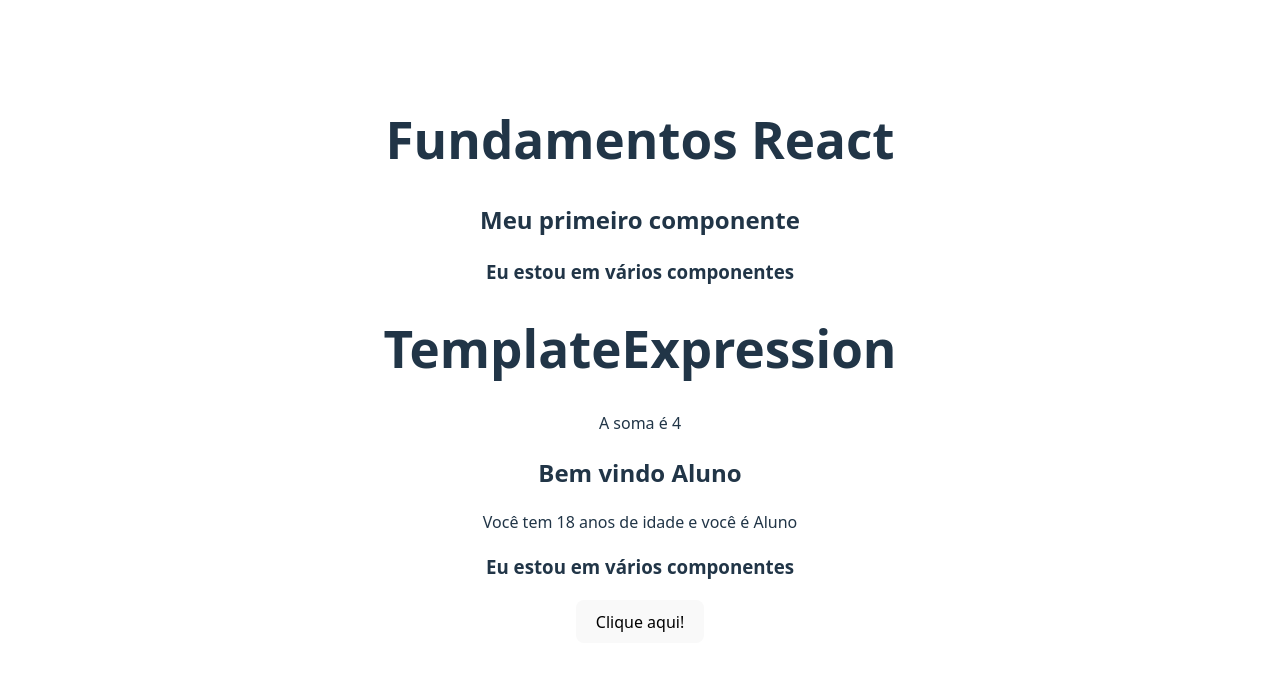
Repository: bellincanta/ReactNative
Page: / (app in Projetos/aulaReact/)
The author's editor kept a copy of each file at every save. The page is drawn from the files as they stood at one save, then again after the next save.
The browser window is 1280 px wide. The pictures show the whole page.
The project was rebuilt for these pictures with package versions that can differ from the ones it lists, and the page was loaded fresh each time. Also part of the build but not shown: Projetos/aulaReact/vite.config.ts.

Above is the page before, as saved 2025-06-05 18:07:42.

### Projetos/aulaReact/src/App.tsx
//importação de componentes
import PrimeiroComponente from './components/PrimeiroComponente'
import TemplateExpression from './components/TemplateExpression'
import MeuComponente from './components/MeuComponente'
import Evento from './components/Evento'
import './App.css'

function App() {
  //comentário
  return (
    <>
      <div>
        {/*comentário JSX */}
       <h1>Fundamentos React</h1>
       <PrimeiroComponente/>
       <TemplateExpression/>
       <MeuComponente/>
       <Evento/>

      </div>
    </>
  )
}

export default App

### Projetos/aulaReact/src/components/PrimeiroComponente.tsx
import MeuComponente from "./MeuComponente"

//Criando componente
const PrimeiroComponente = () => {
    return (
        <div>
            <h2>Meu primeiro componente</h2>
            <MeuComponente/>
        </div>
    )
}

export default PrimeiroComponente

### Projetos/aulaReact/src/components/TemplateExpression.tsx
//Template expression

const TemplateExpression = () => {
  const name = "Aluno"

  const data = {
    idade: 18,
    funcao: "Aluno"
  }

  return (
    <div>
        <h1>TemplateExpression</h1>
        <p>A soma é { 2 + 2} </p>
        <h2>Bem vindo {name} </h2>
        <p>
          Você tem {data.idade} anos de idade e você é {data.funcao}
        </p>
    </div>
  )
}

export default TemplateExpression

### Projetos/aulaReact/src/components/MeuComponente.tsx


const MeuComponente = () => {
  return (
    <div>
        <h3>Eu estou em vários componentes</h3>
    </div>
  )
}

export default MeuComponente

### Projetos/aulaReact/src/components/Evento.tsx


const Evento = () => {
  return (
    <div>
        <button onClick={()=> console.log("Testando um evento")}>
            Clique aqui!
        </button>
    </div>
  )
}

export default Evento

Loaded but not shown: Projetos/aulaReact/index.html (common file); Projetos/aulaReact/src/main.tsx (common file); Projetos/aulaReact/src/index.css (common file); Projetos/aulaReact/src/App.css (common file)

After the next save:
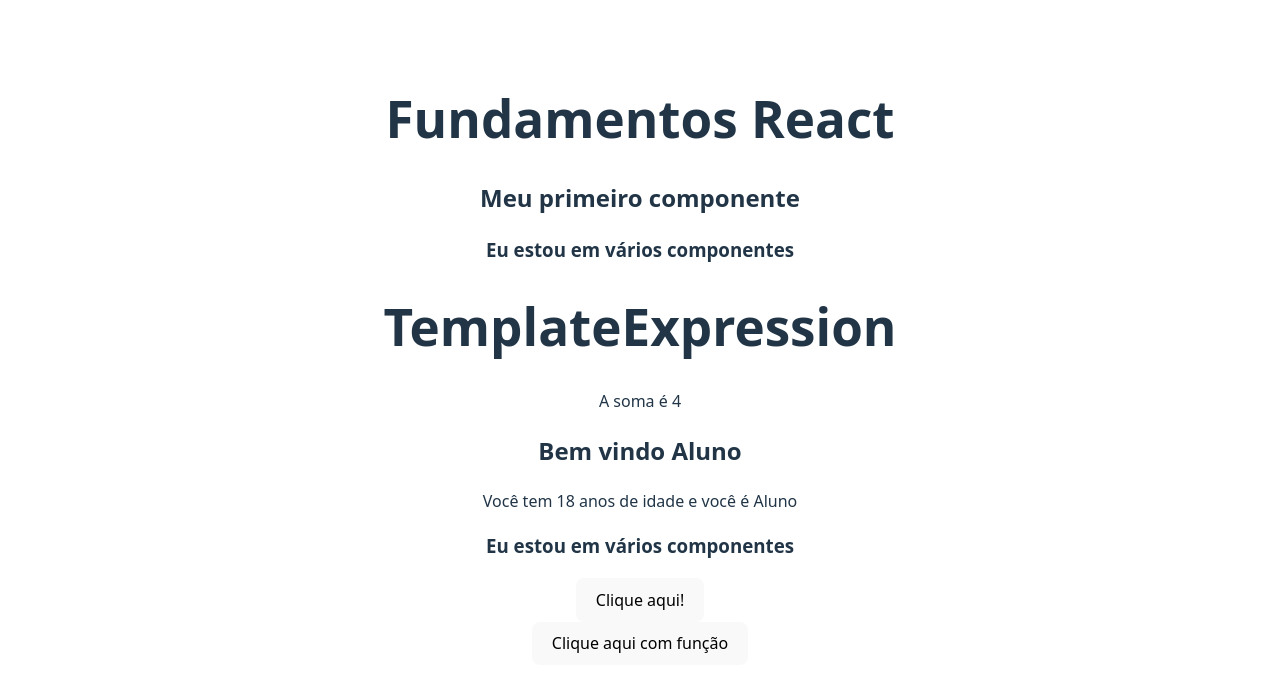
Saved 6 days later.
--- a/Projetos/aulaReact/src/components/Evento.tsx
+++ b/Projetos/aulaReact/src/components/Evento.tsx
@@ -1,11 +1,21 @@
 
 
 const Evento = () => {
+
+  const handleClick = () => {
+    console.log("Executou")
+  }
+
+
   return (
     <div>
         <button onClick={()=> console.log("Testando um evento")}>
             Clique aqui!
         </button>
+      {/* Evento com função */}
+      <div>
+        <button onClick={handleClick}>Clique aqui com função</button>
+      </div>
     </div>
   )
 }
